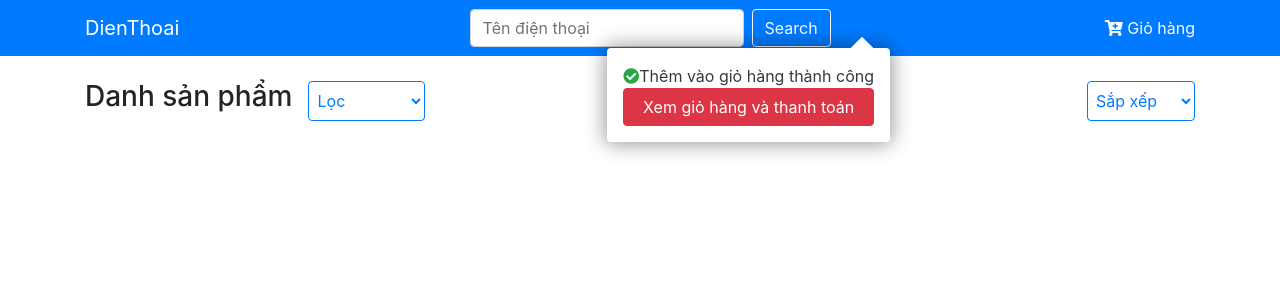
Repository: dovanthao2404/BC14_Bai_Tap_Ban_Dien_Thoai_dovanthao
Page: app/views/index.html
The author's editor kept a copy of each file at every save. The page is drawn from the files as they stood at one save, then again after a run of saves.
The browser window is 1280 px wide. The pictures show the whole page.
Some web libraries are served in a nearby version. The style sheet was rebuilt from its Sass, Less or Tailwind sources for each picture, by a compiler version that may differ from the author's.

Above is the page before, as saved 2021-08-14 16:52:50.
Console error (its wording comes from the project's code and is left out).

After the next 2 saves:
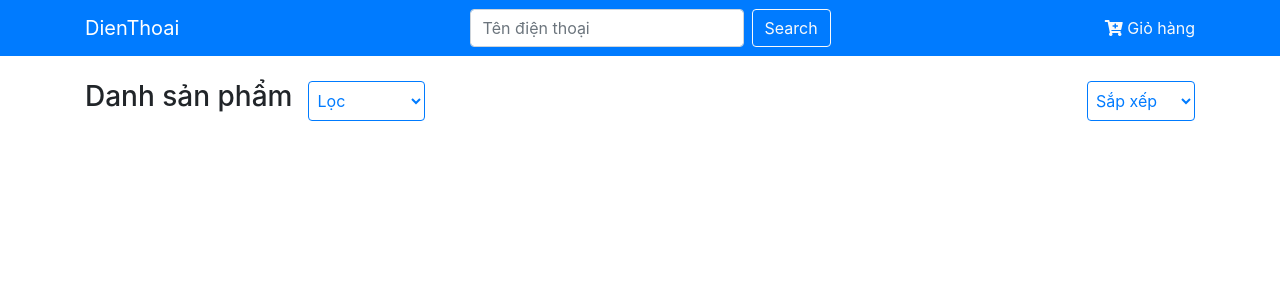
The 2 saves are shown as one change because they came seconds apart.
The last was saved 8 s later.
--- a/assets/scss/main.scss
+++ b/assets/scss/main.scss
@@ -26,7 +26,7 @@
   right: 390px;
   box-shadow: 0 0 20px 2px rgba(0, 0, 0, 0.4);
   transition: all 0.5s;
-
+  display: none;
   &:before {
     content: "";
     position: absolute;
